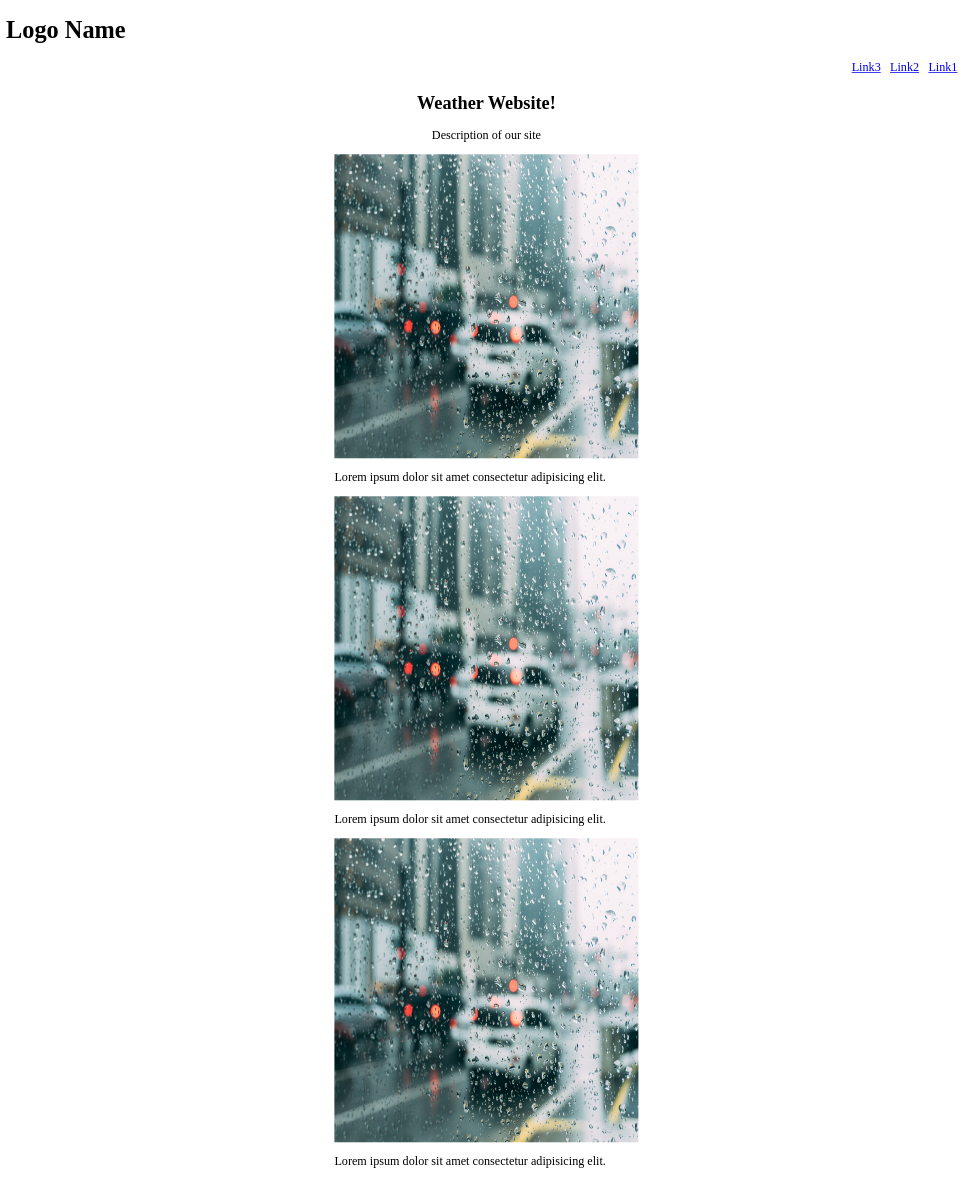
Repository: aaron1986/Breakout2_group_code
Page: index.html
The author's editor kept a copy of each file at every save. The page is drawn from the files as they stood at one save, then again after the next save.
The browser window is 1280 px wide. The pictures show the whole page, at 76% of full size.

Above is the page before, as saved 2023-09-13 09:26:39.

After the next save:
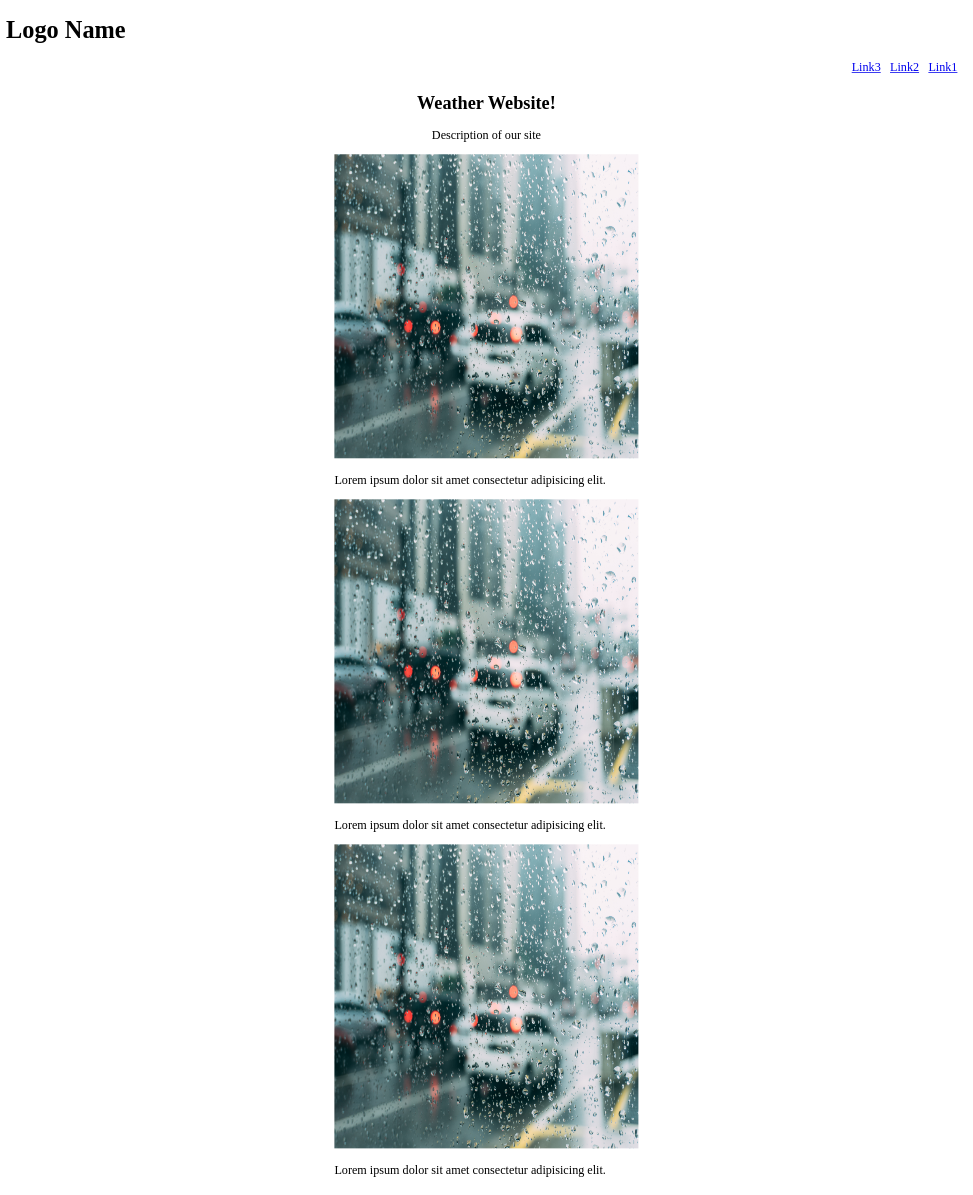
Saved 76 s later.
--- a/index.html
+++ b/index.html
@@ -25,6 +25,8 @@
 
         <section>
             <div class="image-container">
+
+            <div class="image-section">
                 <img src="./img/pexels-kaique-rocha-125510.jpg" alt="">
                 <div class="img-textbox">
                     <p>
@@ -33,7 +35,7 @@
                 </div>
             </div>
 
-            <div class="image-container">
+            <div class="image-section">
                 <img src="./img/pexels-kaique-rocha-125510.jpg" alt="">
                 <div class="img-textbox">
                     <p>
@@ -42,7 +44,7 @@
                 </div>
             </div>
 
-            <div class="image-container">
+            <div class="image-section">
                 <img src="./img/pexels-kaique-rocha-125510.jpg" alt="">
                 <div class="img-textbox">
                     <p>
